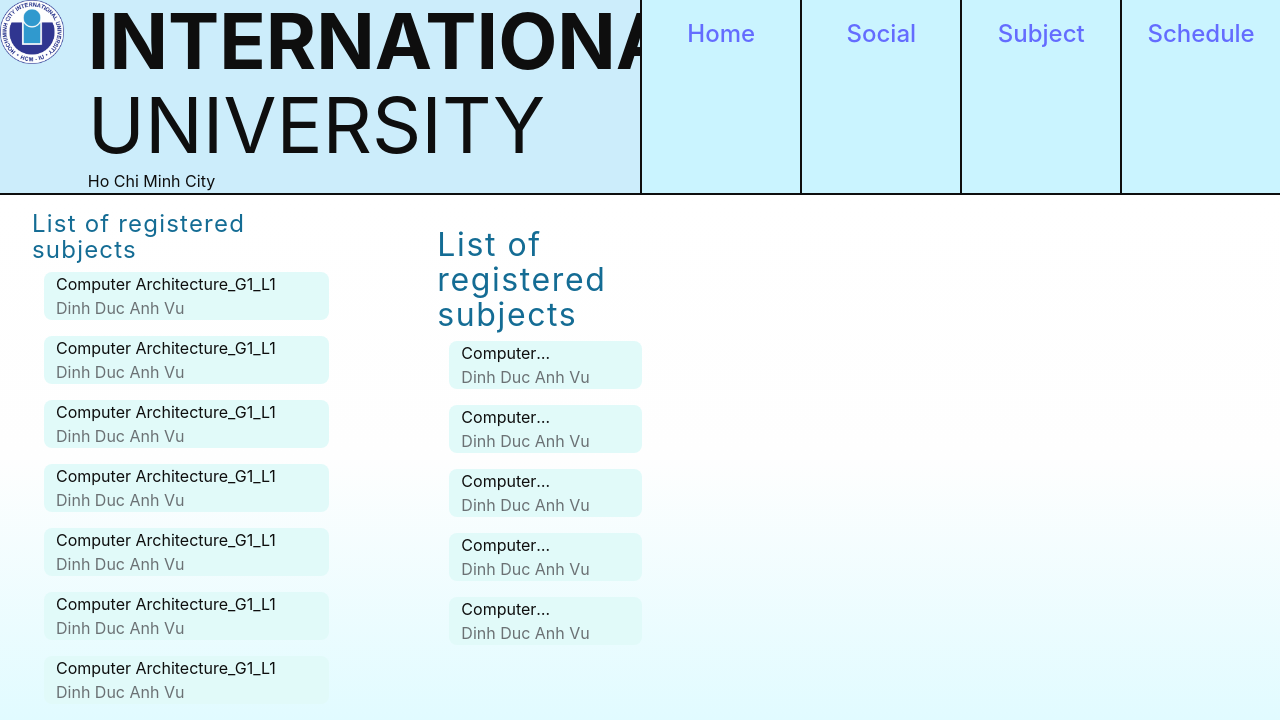
Repository: HarryZ2k3/Cirriculum_manager_SEProj
Page: /subject (app in frontend/)
An editor plug-in stored every save of this project. The page is shown before and after the next save, followed by the edit.
The browser window is 1280 px wide. The pictures show the whole page.
The project was rebuilt for these pictures with package versions that can differ from the ones it lists, and the page was loaded fresh each time. Also part of the build but not shown: frontend/vite.config.js, frontend/src/pages/NotFound.jsx, frontend/src/routes/Home/HomeComponents.jsx, frontend/src/routes/Home/Home.jsx, frontend/src/routes/LoginSign/LoginSignUp/LoginSignUp.css, frontend/src/routes/LoginSign/Login.jsx, frontend/src/routes/LoginSign/Register.jsx, frontend/src/routes/Grade/Grade.jsx and 7 more.

Above is the page before, as saved 2024-05-09 07:38:40.

### frontend/index.html
<!doctype html>
<html lang="en">
  <head>
    <meta charset="UTF-8" />
    <link rel="icon" type="image/svg+xml" href="./src/assets/logo.png" />
    <!-- <img src="./src/assets/logo.png" alt=""> -->
    <meta name="viewport" content="width=device-width, initial-scale=1.0" />
    <title>Cima</title>
  </head>
  <body>
    <div id="root"></div>
    <script type="module" src="/src/main.jsx"></script>
  </body>
</html>

### frontend/src/main.jsx
import React from 'react';
import ReactDOM from 'react-dom/client';
//import { Provider } from 'react-redux';
//import { store } from '../src/redux/reducer/index'; // Adjust the path as needed
import App from './App.jsx';
import './index.css';
import { BrowserRouter as Router } from 'react-router-dom';

ReactDOM.createRoot(document.getElementById('root')).render(
  <React.StrictMode>

      <Router>
        <App />
      </Router>

  </React.StrictMode>,
);

### frontend/src/App.jsx
import AnimatedRoutes from './AnimatedRoutes'
import Header from './components/Header'
// import Footer from './components/Footer'

export default function App() {
	return (
		<div className="flex h-screen flex-col">
			<Header />
			<div className="flex flex-1 overflow-hidden">
				<AnimatedRoutes />
			</div>
			{/* <Footer /> */}
		</div>
	)
}

### frontend/src/index.css
:root {
  font-family: Inter, system-ui, Avenir, Helvetica, Arial, sans-serif;
  line-height: 1.5;
  font-weight: 400;

  color-scheme: light dark;
  color: rgba(255, 255, 255, 0.87);
  background-color: #242424;

  font-synthesis: none;
  text-rendering: optimizeLegibility;
  -webkit-font-smoothing: antialiased;
  -moz-osx-font-smoothing: grayscale;
}
@tailwind base;
@tailwind components;
@tailwind utilities;
a {
  font-weight: 500;
  color: #646cff;
  text-decoration: inherit;
}
a:hover {
  color: #535bf2;
}

body {
  margin: 0;
  display: flex;
  place-items: center;
  min-width: 320px;
  min-height: 100vh;
}

h1 {
  font-size: 3.2em;
  line-height: 1.1;
}

button {
  border-radius: 8px;
  border: 1px solid transparent;
  padding: 0.6em 1.2em;
  font-size: 1em;
  font-weight: 500;
  font-family: inherit;
  background-color: #1a1a1a;
  cursor: pointer;
  transition: border-color 0.25s;
}
button:hover {
  border-color: #646cff;
}
button:focus,
button:focus-visible {
  outline: 4px auto -webkit-focus-ring-color;
}

@media (prefers-color-scheme: light) {
  :root {
    color: #213547;
    background-color: #ffffff;
  }
  a:hover {
    color: #747bff;
  }
  button {
    background-color: #f9f9f9;
  }
}

### frontend/src/AnimatedRoutes.jsx
import { Routes, Route } from 'react-router-dom'

// Pages
import NotFound from './pages/NotFound'
import Home from './routes/Home/Home'
import Login from './routes/LoginSign/Login'
import Register from './routes/LoginSign/Register'
import Grade from './routes/Grade/Grade'
import Subject from './routes/Subject/Subject'
import Schedule from './routes/Schedule/Schedule'
import LoginSignUp from './routes/LoginSign/LoginSignUp/LoginSignUp'
import Profile from './routes/Profile/Profile'
import Edit from './routes/Edit/Edit'

export default function AnimatedRoutes() {
	return (
		<Routes>
			<Route path="/" element={<Home />} />
			<Route path="/grade" element={<Grade />} />
			<Route path="/profile" element={<Profile />} />
			<Route path="/edit" element={<Edit />} />
			<Route path="/subject" element={<Subject />} />
			<Route path="/schedule" element={<Schedule />} />
			<Route path="/login" element={<Login />} />
			<Route path="/register" element={<Register />} />
			<Route path="*" element={<NotFound />} />
			<Route path="/loginv2" element={<LoginSignUp/>}/>
		</Routes>
	)
}

### frontend/src/components/Header.jsx
import { Link } from 'react-router-dom'
import Logo from '../assets/logo/logo.png'

export default function Header() {
	return (
		<header className="flex justify-between divide-x-2 divide-black border-b-2 border-black text-[1.5rem] text-black">
			<div className="flex w-1/2 gap-6 bg-header_bold">
				<img className="inline-block h-16 w-auto" src={Logo} alt="Logo IU" />
				<div className="flex flex-col items-start justify-center">
					<h1 className="uppercase">
						<span className="font-bold">International</span> University
					</h1>
					<span className="text-[1rem]">Ho Chi Minh City</span>
				</div>
			</div>
			<div className="w-1/2">
				<ul className="flex h-full justify-between divide-x-2 divide-black bg-header_light">
					<li className="flex w-full justify-center">
						<Link className="p-4" to="/">
							Home
						</Link>
					</li>
					<li className="flex w-full justify-center">
						<Link className="p-4" to="/social">
							Social
						</Link>
					</li>
					<li className="flex w-full justify-center">
						<Link className="p-4" to="/subject">
							Subject
						</Link>
					</li>
					<li className="flex w-full justify-center">
						<Link className="p-4" to="/schedule">
							Schedule
						</Link>
					</li>
				</ul>
			</div>
		</header>
	)
}

### frontend/src/routes/Subject/Subject.jsx
import Transition from '../../utils/Transition'
export default function Subject() {
	return (
		<Transition className="flex flex-grow bg-gradient-to-b from-background_top from-0% via-background_mid via-66% to-background_bottom to-100%">
			{/* The course 1/3 */}
			<div className = "flex w-1/4 flex-grow flex-col overflow-y-auto px-8 py-4">
				<h1 className="text-left align-middle text-[1.5rem] text-text_blue tracking-wider">
					List of registered subjects
				</h1>
				<div className = "flex w-full flex-col item-center justìy-evenly gap-4 rounded-2xl text-black p-2 px-3">
					<div className="rounded-lg bg-card_blue px-3 text-left">
						<h3 className="line-clamp-1"> Computer Architecture_G1_L1 </h3>
						<h3 className="text-text_gray">Dinh Duc Anh Vu</h3>
					</div>
					<div className="rounded-lg bg-card_blue px-3 text-left">
						<h3 className="line-clamp-1"> Computer Architecture_G1_L1 </h3>
						<h3 className="text-text_gray">Dinh Duc Anh Vu</h3>
					</div>
					<div className="rounded-lg bg-card_blue px-3 text-left">
						<h3 className="line-clamp-1"> Computer Architecture_G1_L1 </h3>
						<h3 className="text-text_gray">Dinh Duc Anh Vu</h3>
					</div>
					<div className="rounded-lg bg-card_blue px-3 text-left">
						<h3 className="line-clamp-1"> Computer Architecture_G1_L1 </h3>
						<h3 className="text-text_gray">Dinh Duc Anh Vu</h3>
					</div>
					<div className="rounded-lg bg-card_blue px-3 text-left">
						<h3 className="line-clamp-1"> Computer Architecture_G1_L1 </h3>
						<h3 className="text-text_gray">Dinh Duc Anh Vu</h3>
					</div>
					<div className="rounded-lg bg-card_blue px-3 text-left">
						<h3 className="line-clamp-1"> Computer Architecture_G1_L1 </h3>
						<h3 className="text-text_gray">Dinh Duc Anh Vu</h3>
					</div>
					<div className="rounded-lg bg-card_blue px-3 text-left">
						<h3 className="line-clamp-1"> Computer Architecture_G1_L1 </h3>
						<h3 className="text-text_gray">Dinh Duc Anh Vu</h3>
					</div>
					<div className="rounded-lg bg-card_blue px-3 text-left">
						<h3 className="line-clamp-1"> Computer Architecture_G1_L1 </h3>
						<h3 className="text-text_gray">Dinh Duc Anh Vu</h3>
					</div>
					<div className="rounded-lg bg-card_blue px-3 text-left">
						<h3 className="line-clamp-1"> Computer Architecture_G1_L1 </h3>
						<h3 className="text-text_gray">Dinh Duc Anh Vu</h3>
					</div>
					<div className="rounded-lg bg-card_blue px-3 text-left">
						<h3 className="line-clamp-1"> Computer Architecture_G1_L1 </h3>
						<h3 className="text-text_gray">Dinh Duc Anh Vu</h3>
					</div>
				</div>
			</div>
			<div className="flex w-2/3 flex-grow flex-col overflow-hidden px-8 py-4">
				<div className = "flex w-1/3 flex-grow flex-col overflow-hidden px-8 py-4">
					<h1 className="text-left align-middle text-[2rem] text-text_blue tracking-wider">
						List of registered subjects
					</h1>
					<div className="flex w-full flex-col items-center justify-evenly gap-4 rounded-2xl text-black p-2 px-3 ">
						<div className="rounded-lg bg-card_blue px-3 text-left">
							<h3 className="line-clamp-1"> Computer Architecture </h3>
							<h3 className="text-text_gray">Dinh Duc Anh Vu</h3>
						</div>
						<div className="rounded-lg bg-card_blue px-3 text-left">
							<h3 className="line-clamp-1"> Computer Architecture </h3>
							<h3 className="text-text_gray">Dinh Duc Anh Vu</h3>
						</div>
						<div className="rounded-lg bg-card_blue px-3 text-left">
							<h3 className="line-clamp-1"> Computer Architecture </h3>
							<h3 className="text-text_gray">Dinh Duc Anh Vu</h3>
						</div>
						<div className="rounded-lg bg-card_blue px-3 text-left">
							<h3 className="line-clamp-1"> Computer Architecture </h3>
							<h3 className="text-text_gray">Dinh Duc Anh Vu</h3>
						</div>
						<div className="rounded-lg bg-card_blue px-3 text-left">
							<h3 className="line-clamp-1"> Computer Architecture </h3>
							<h3 className="text-text_gray">Dinh Duc Anh Vu</h3>
						</div>
					</div>
				</div>
			</div>
		</Transition>

	)
}

### frontend/src/utils/Transition.jsx
import { motion, AnimatePresence } from 'framer-motion'
import PropTypes from 'prop-types'

export default function Transition({ children, className }) {
	return (
		<AnimatePresence mode="wait">
			<motion.div
				className={'flex-grow ' + className}
				initial={{ opacity: 0 }}
				animate={{ opacity: 1 }}
				exit={{ opacity: 0 }}
				transition={{
					duration: 0.4,
					ease: 'easeInOut',
				}}
			>
				{children}
			</motion.div>
		</AnimatePresence>
	)
}

Transition.propTypes = {
	children: PropTypes.node.isRequired,
	className: PropTypes.string,
}

### frontend/tailwind.config.js
/** @type {import('tailwindcss').Config} */

import daisyui from 'daisyui'

export default {
	content: ['./index.html', './src/**/*.{js,ts,jsx,tsx}'],
	theme: {
		extend: {
			colors: {
				background_top:'#FFFFFF',
				background_mid: '#FEFEFE',
				background_bottom:'#E1FBFF',
				text_blue: '#146C94',
				text_gray: '#6B7174',
				text_dark: '#0E0E0E',
				header_light: '#CAF4FF',
				header_bold: '#CCEDFB',
				card_home: '#F7FAF9',
				card_gray: '#6B7174',
				card_subcard: '#EAECEB',
				card_blue: '#E1FAF9',
				white: '#FEFEFE',
				black: '#0E0E0E'
			},
			fontFamily: {
				sans: ['Montserrat', 'sans-serif'],
			},
		},
	},
	plugins: [daisyui],
}

After the next save:
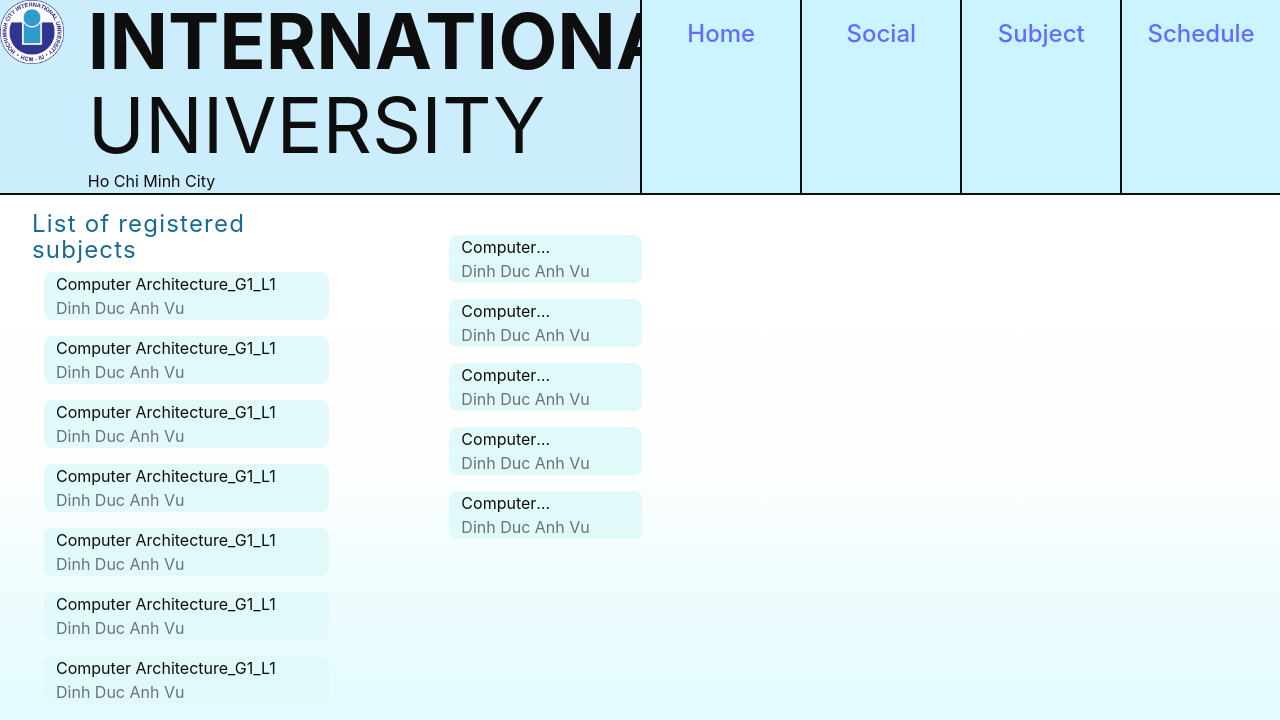
Saved 18 s later.
--- a/frontend/src/routes/Subject/Subject.jsx
+++ b/frontend/src/routes/Subject/Subject.jsx
@@ -53,7 +53,7 @@
 			<div className="flex w-2/3 flex-grow flex-col overflow-hidden px-8 py-4">
 				<div className = "flex w-1/3 flex-grow flex-col overflow-hidden px-8 py-4">
 					<h1 className="text-left align-middle text-[2rem] text-text_blue tracking-wider">
-						List of registered subjects
+
 					</h1>
 					<div className="flex w-full flex-col items-center justify-evenly gap-4 rounded-2xl text-black p-2 px-3 ">
 						<div className="rounded-lg bg-card_blue px-3 text-left">
